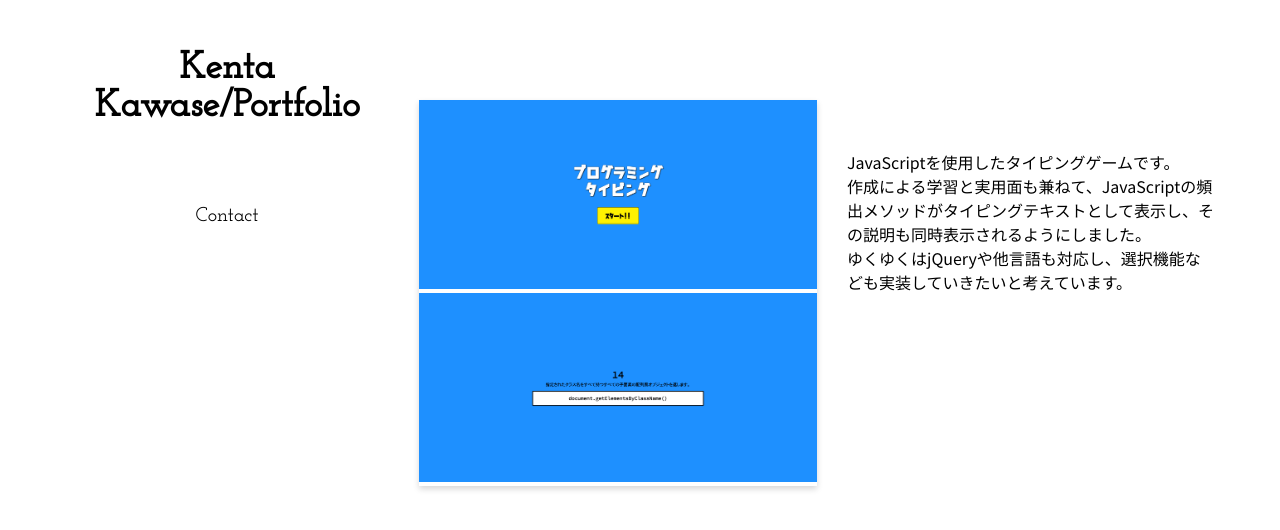
Repository: kenta7255/my-portfolio
Page: work06.html
The author's editor kept a copy of each file at every save. The page is drawn from the files as they stood at one save, then again after the next save.
The browser window is 1280 px wide. The pictures show the whole page.
Some web fonts or font styles are not loaded; a fallback is used. Some web libraries are served in a nearby version. The style sheet was rebuilt from its Sass, Less or Tailwind sources for each picture, by a compiler version that may differ from the author's.

Above is the page before, as saved 2021-04-12 16:12:16.

After the next save:
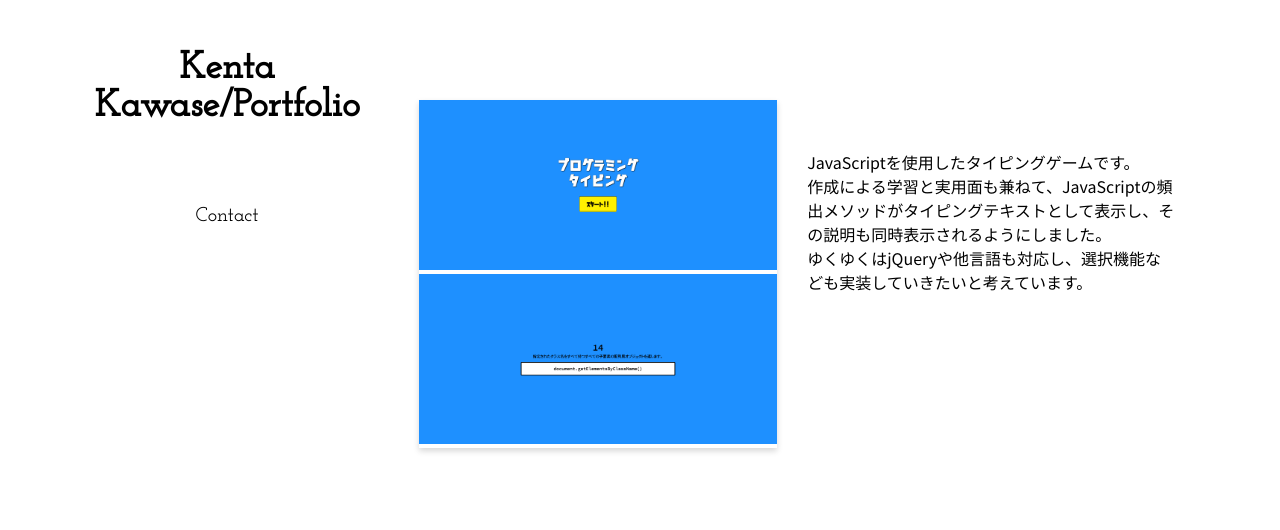
Saved 26 s later.
--- a/styles.scss
+++ b/styles.scss
@@ -531,6 +531,11 @@
             }
           }
         }
+
+        .work-img-small{
+          width: 45%;
+        }
+
         .work-info {
           overflow-wrap: break-word;
           word-wrap: break-word;

After the save that followed:
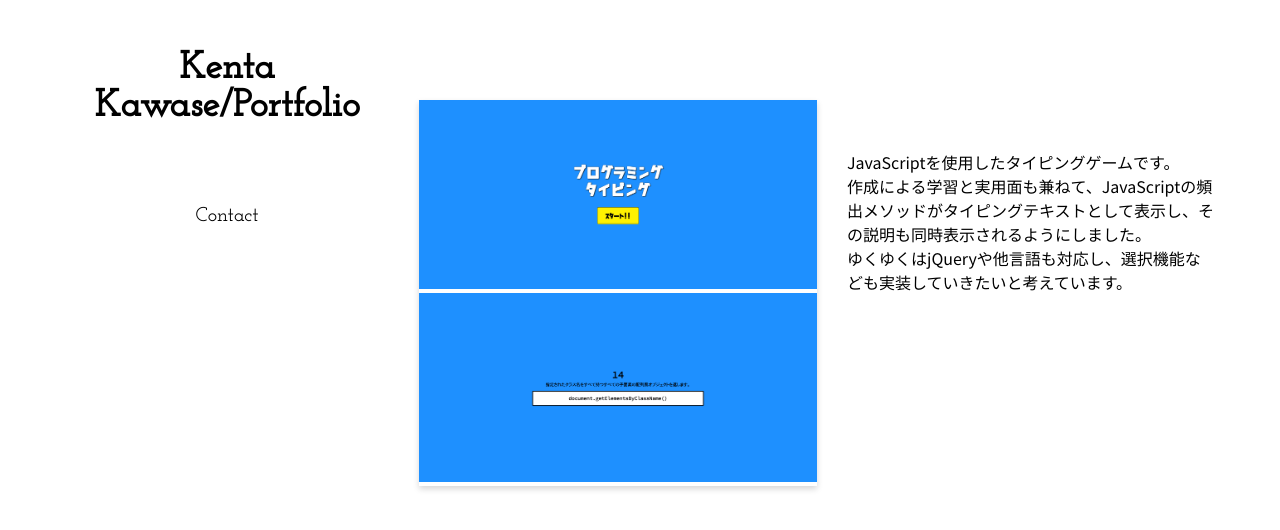
Saved 9 s later.
--- a/styles.scss
+++ b/styles.scss
@@ -531,11 +531,6 @@
             }
           }
         }
-
-        .work-img-small{
-          width: 45%;
-        }
-
         .work-info {
           overflow-wrap: break-word;
           word-wrap: break-word;
